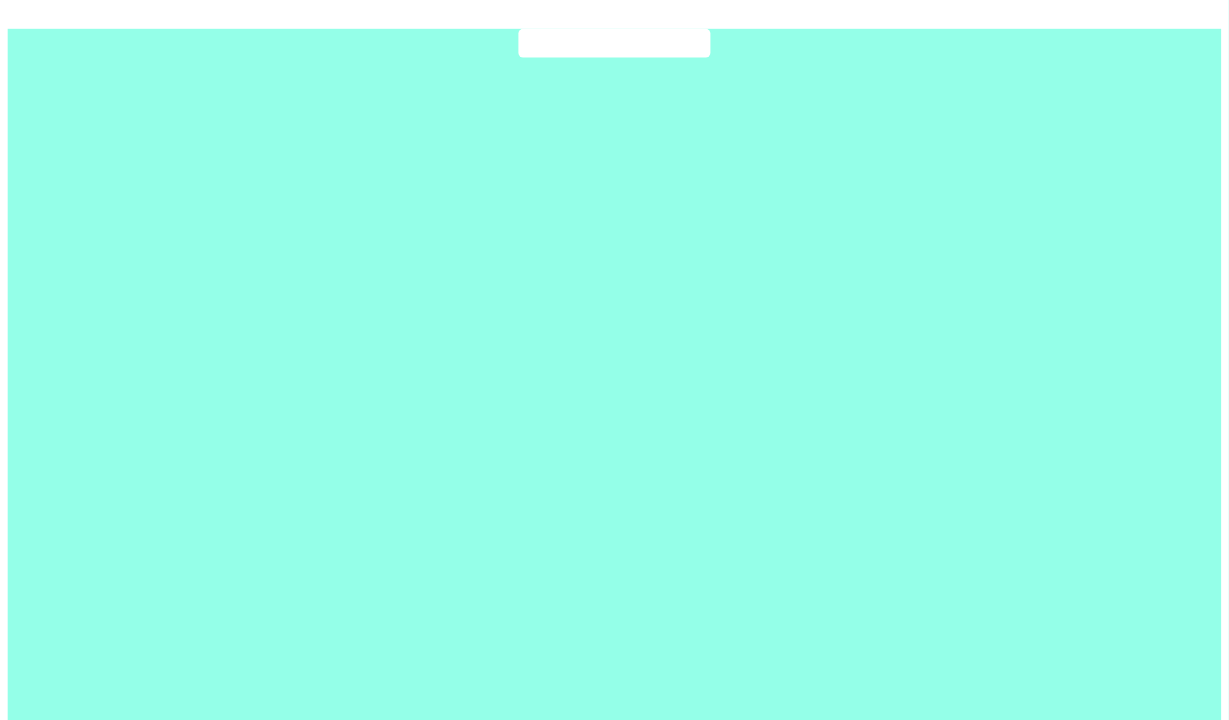
Repository: lxl0302/ClassBegin_-sound_code
Page: /
An editor plug-in stored every save of this project. The page is shown before and after the next save, followed by the edit.
The browser window is 1280 px wide. The pictures show the whole page, at 96% of full size.
The project was rebuilt for these pictures with package versions that can differ from the ones it lists, and the page was loaded fresh each time.

Above is the page before, as saved 2020-07-08 16:24:34.

After the next save:
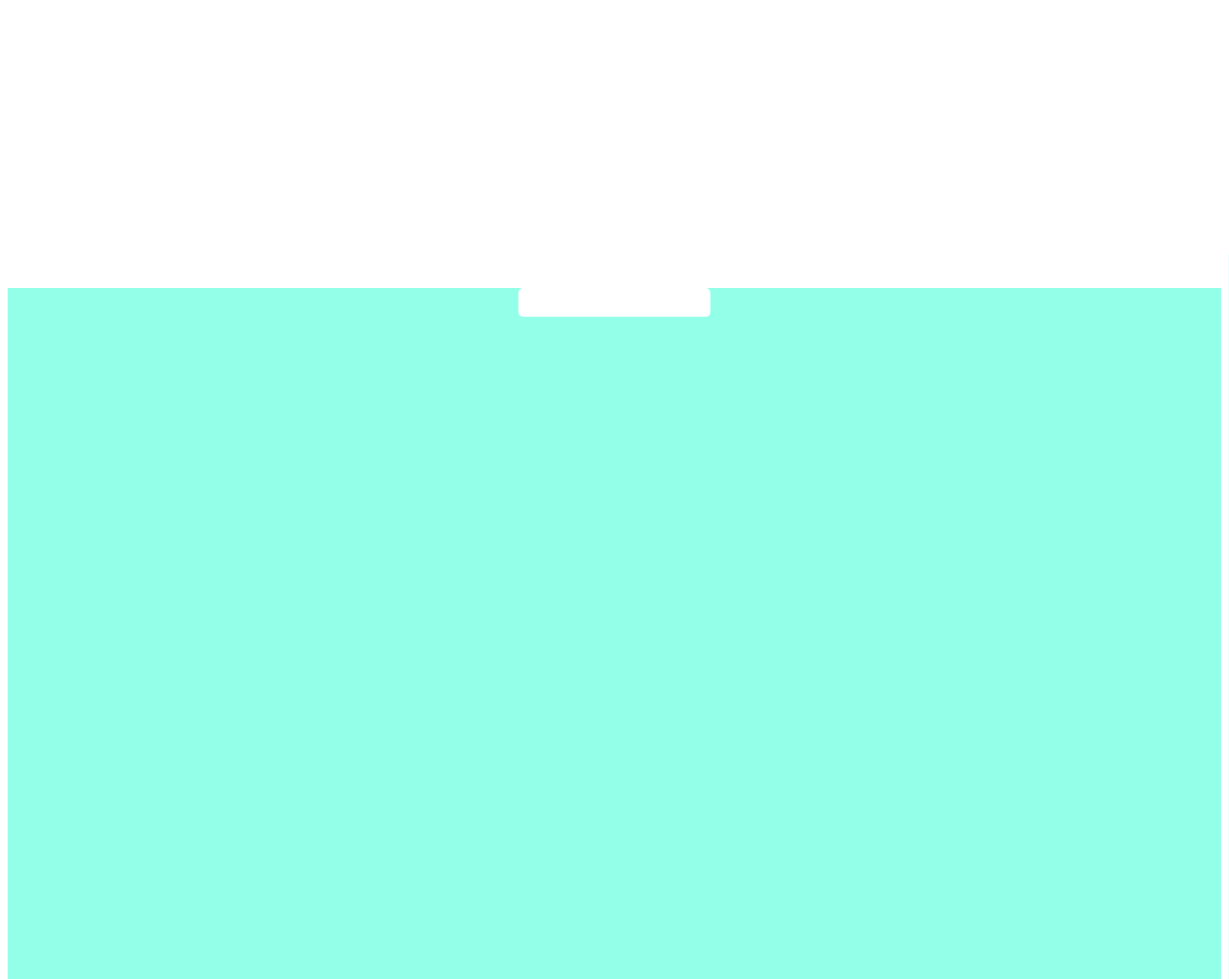
Saved 4 s later.
--- a/src/views/index.vue
+++ b/src/views/index.vue
@@ -24,7 +24,7 @@ export default {
 }
 .toolbar{
   position: relative;
-  margin: 30px auto;
+  margin: 300px auto;
   width: 200px;
   height: 30px;
   border-radius: 5px;
